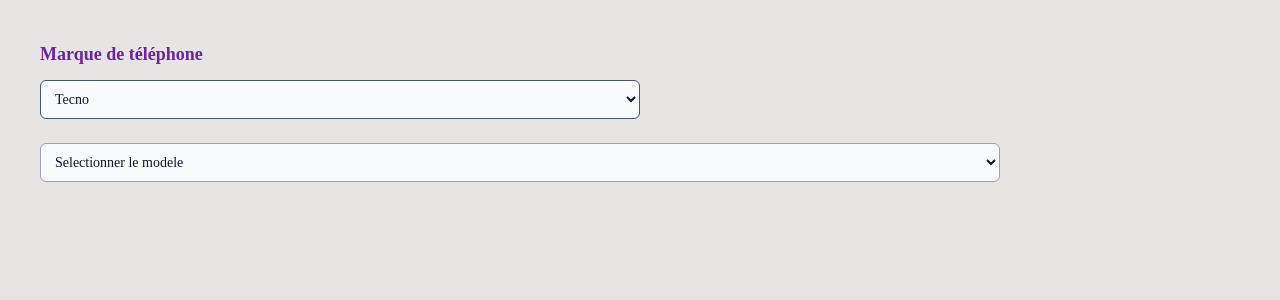
Repository: darlino/gotyu_shopify_section
Page: product_select220223/index.html
These files come from the project's save history. The page is drawn as it stood at one moment and after the next save; the edit follows.
The browser window is 1280 px wide. The pictures show the whole page.
Some web fonts or font styles are not loaded; a fallback is used. Some web libraries are served in a nearby version.

Above is the page before, as saved 2023-02-22 20:43:40.

After the next save:
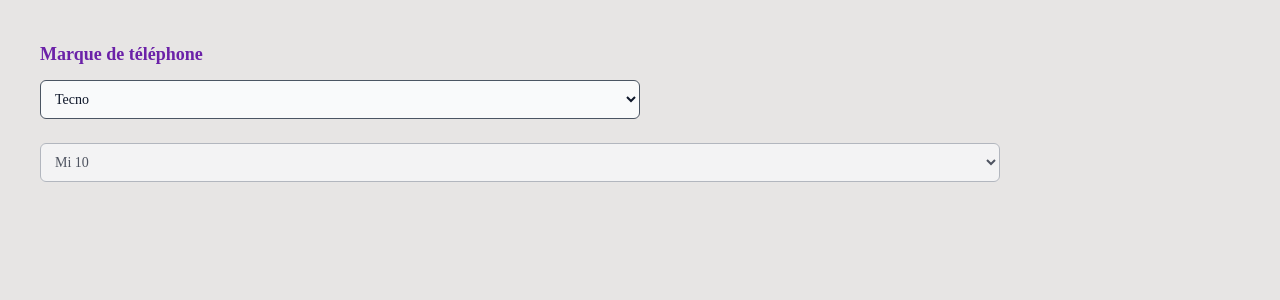
Saved 33 s later.
--- a/product_select220223/index.html
+++ b/product_select220223/index.html
@@ -40,13 +40,10 @@
             </p>
             <select
               name="select_brand"
+              disabled
               id="select_model"
               class="bg-gray-50 w-4/5 border focus:border-2 border-gray-400 text-gray-900 text-sm rounded-md focus:ring-blue-500 focus:border-blue-800 block p-2.5 placeholder-gray-900 text-slate-900 focus:ring-blue-700 focus:border-blue-700 outline-none"
-            >
-              <option class="text-md mb-2" value="Mi 10">
-                Selectionner le modele
-              </option>
-            </select>
+            ></select>
           </div>
         </div>
       </div>
